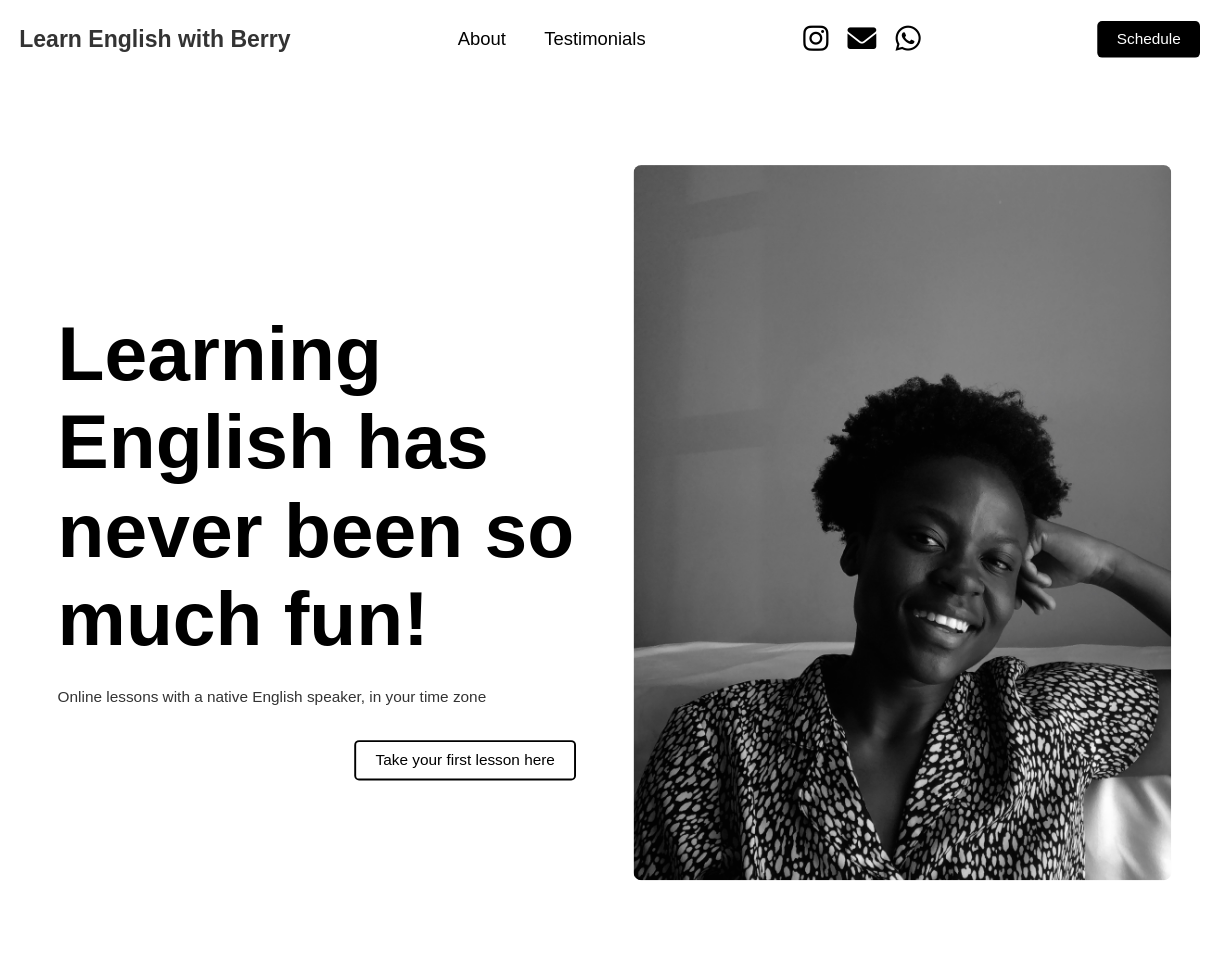
Repository: ntandomagana/esl-landing-page
Page: index.html
An editor plug-in stored every save of this project. The page is shown before and after the next save, followed by the edit.
The browser window is 1280 px wide. The pictures show the whole page, at 96% of full size.
The pointer rests on the first visible `.action-button`.

Above is the page before, as saved 2024-07-17 13:34:25.

After the next save:
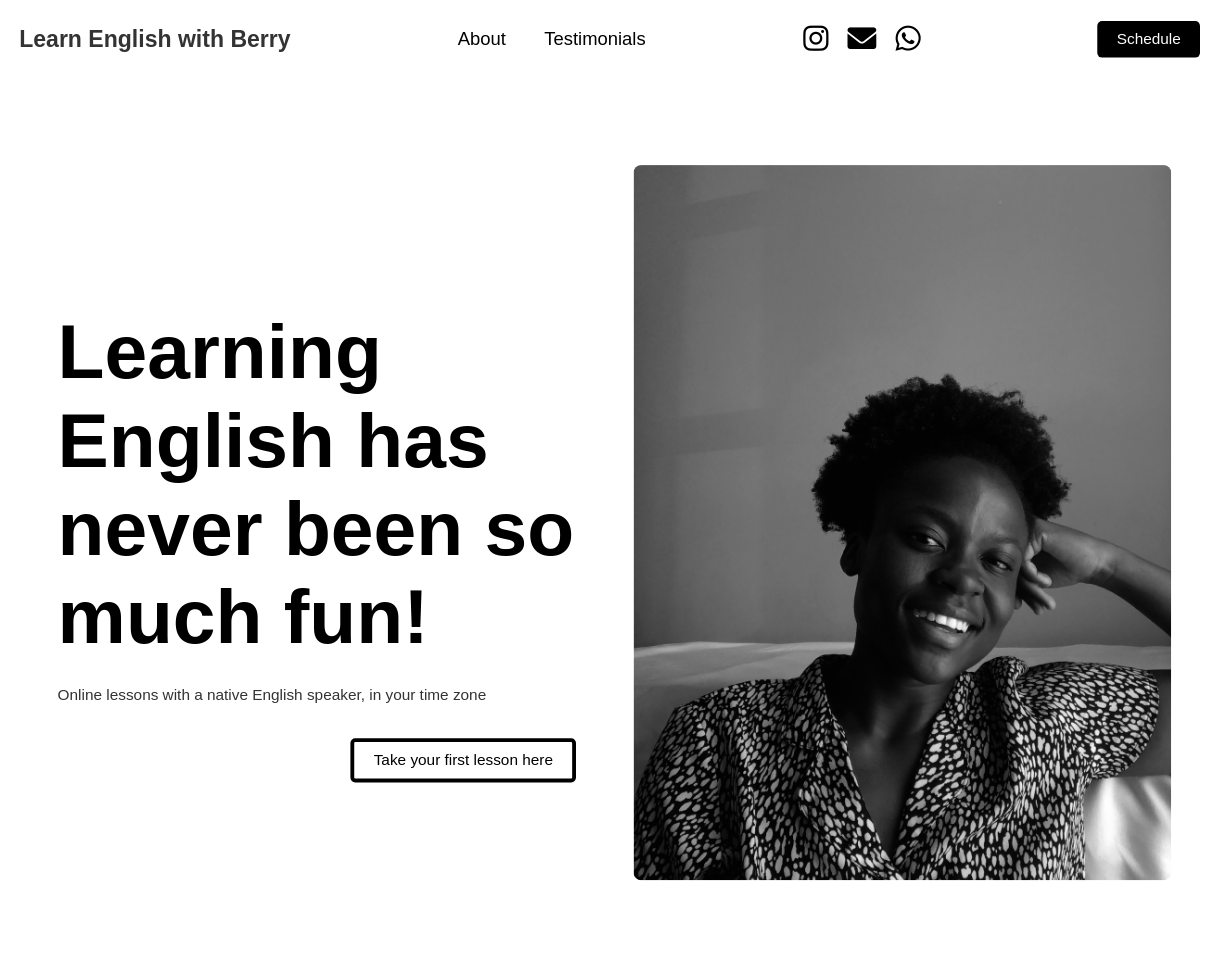
Saved 5 s later.
--- a/index.css
+++ b/index.css
@@ -162,7 +162,7 @@ nav ul li a:hover {
 .action-button:hover {
   background-color: #fff;
   border-color: rgba(0, 0, 0, 0);
-  border: 2px solid black;
+  border: 4px solid black;
   color: black;
   margin: 20px;
 }
